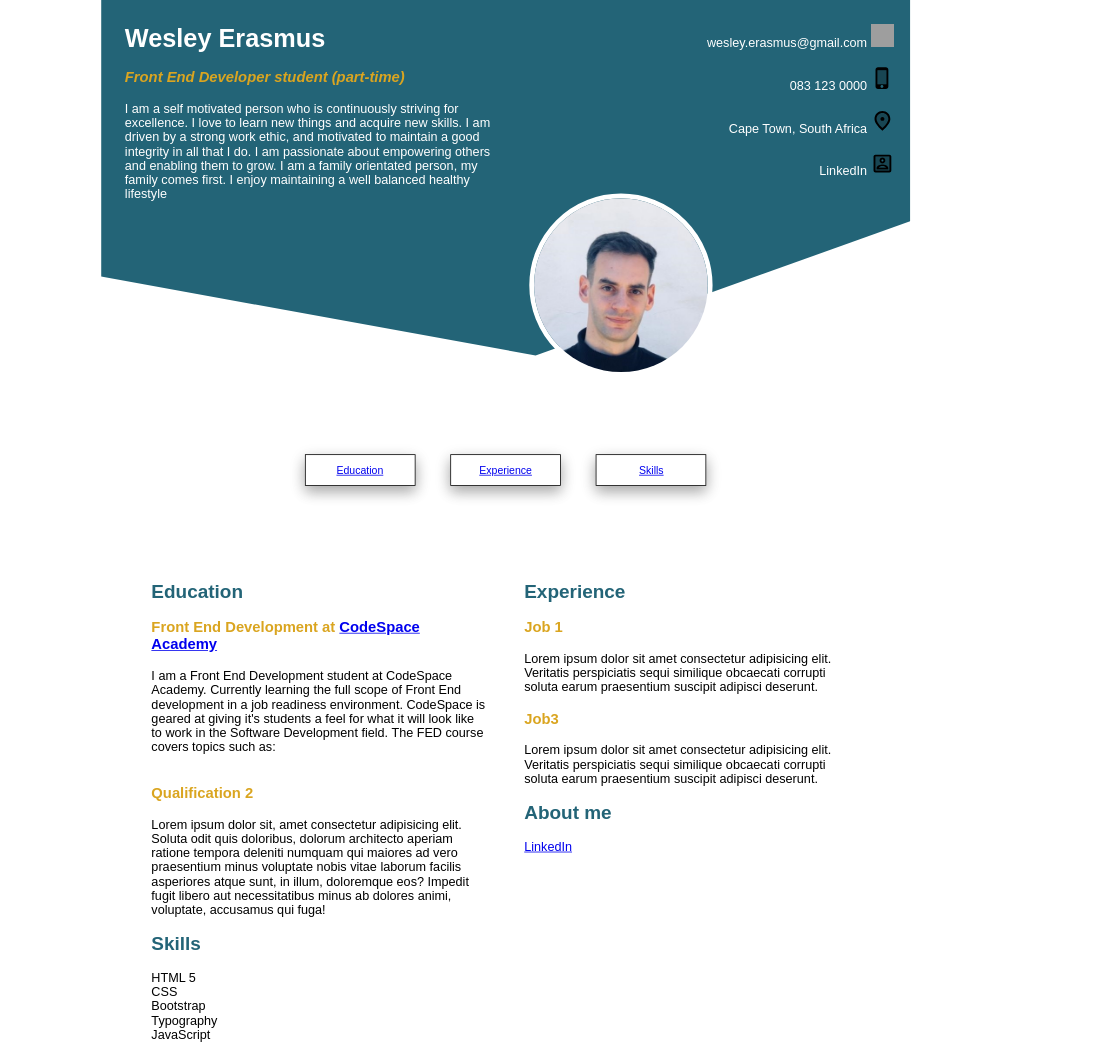
Repository: WesleyErasmus/myDigitalResume
Page: Resume-Projec-3/index.html
These files come from the project's save history. The page is drawn as it stood at one moment and after the next save; the edit follows.
The browser window is 1280 px wide. The page is 1408 px wide, so the pictures cover 1408 px, including what lies to the right of the window. The pictures show the whole page, at 79% of full size.
Pictures or frames that could not be fetched are drawn as grey boxes.

Above is the page before, as saved 2022-02-12 17:45:29.

After the next save:
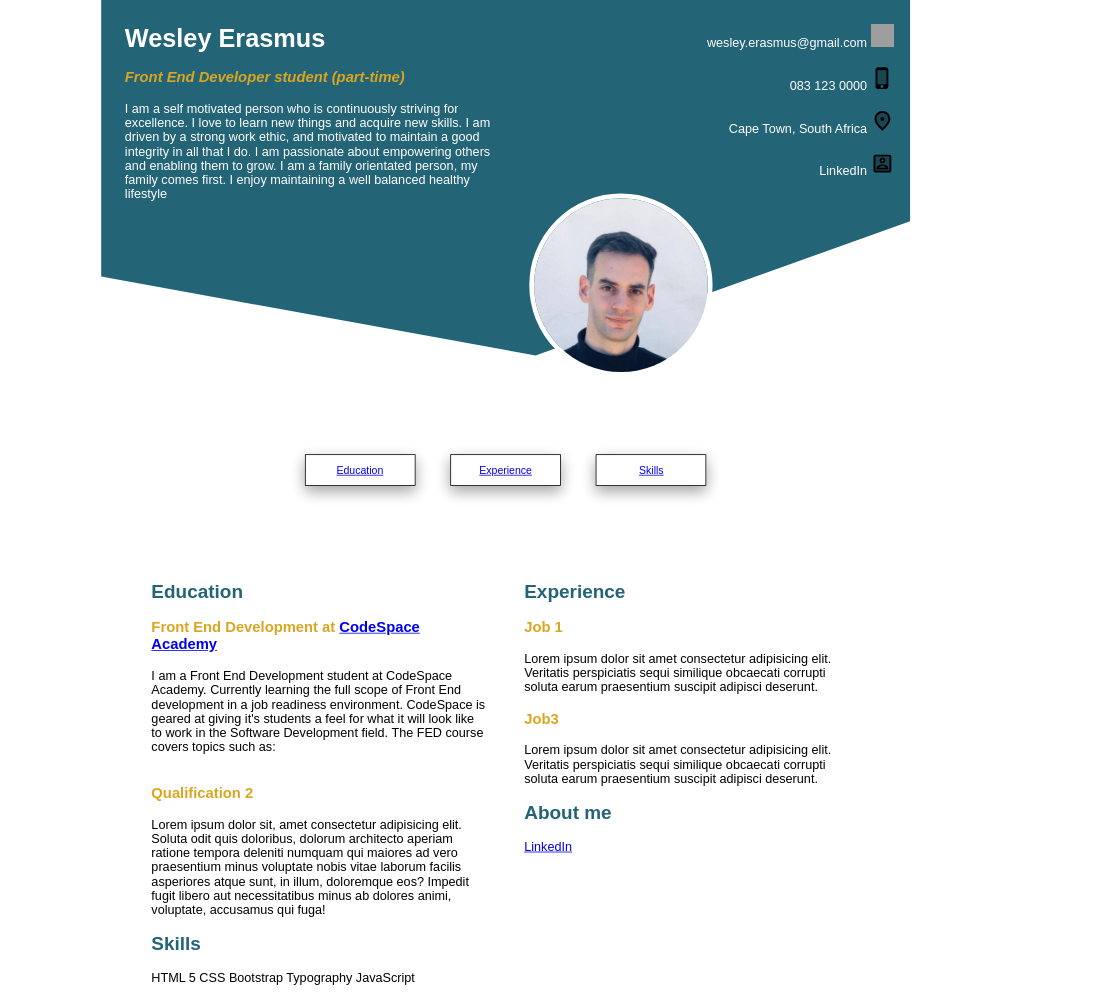
Saved 3 min 42 s later.
--- a/Resume-Projec-3/index.html
+++ b/Resume-Projec-3/index.html
@@ -71,13 +71,19 @@
 
       <h2 class="color-headings" id="Skills">Skills</h2>
 
-      <ul>
+        <span>HTML 5</span>
+        <span>CSS</span>
+        <span>Bootstrap</span>
+        <span>Typography</span>
+        <span>JavaScript</span>
+
+      <!-- <ul>
         <li>HTML 5</li>
         <li>CSS</li>
         <li>Bootstrap</li>
         <li>Typography</li>
         <li>JavaScript</li>
-      </ul>
+      </ul> -->
 
   </div>
 
